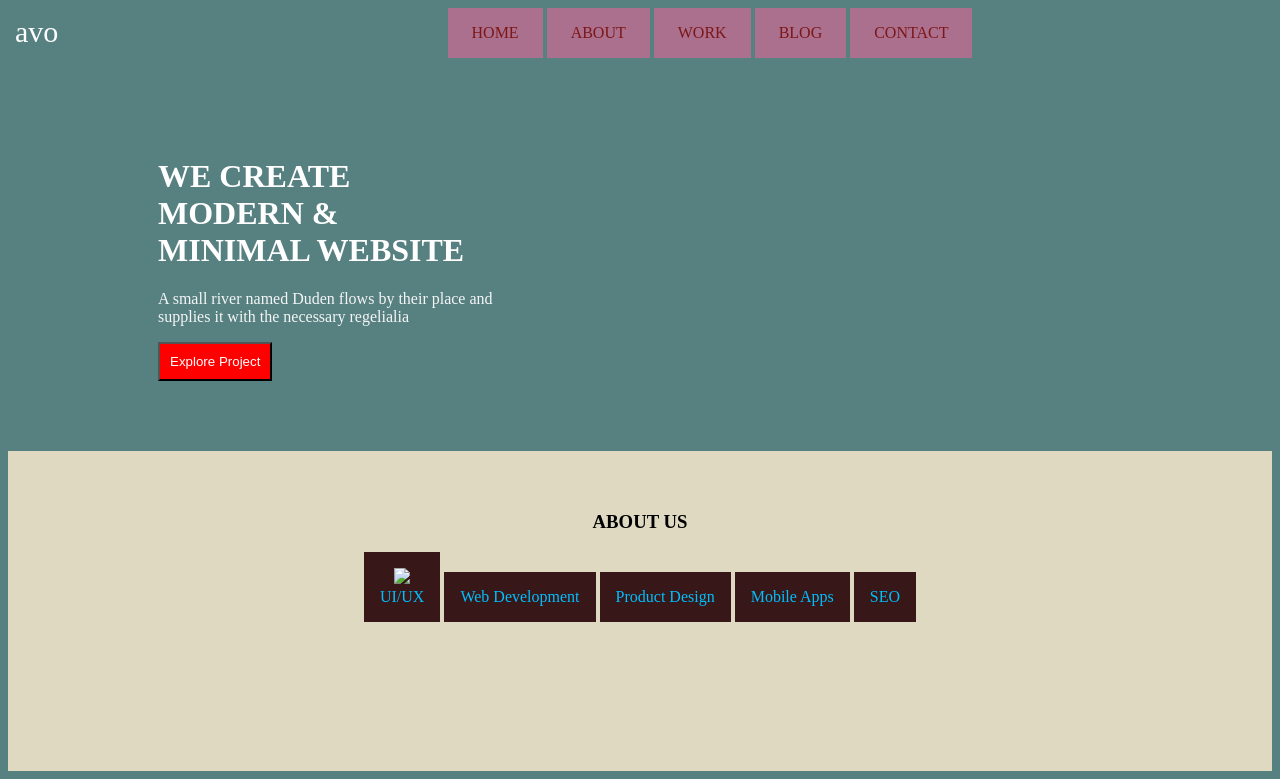
Repository: Tobby004/AVO-Template
Page: avo.html
These files come from the project's save history. The page is drawn as it stood at one moment and after the next save; the edit follows.
The browser window is 1280 px wide. The pictures show the whole page.

Above is the page before, as saved 2023-05-17 09:33:17.
Not found: IMG_0287.jpg

After the next save:
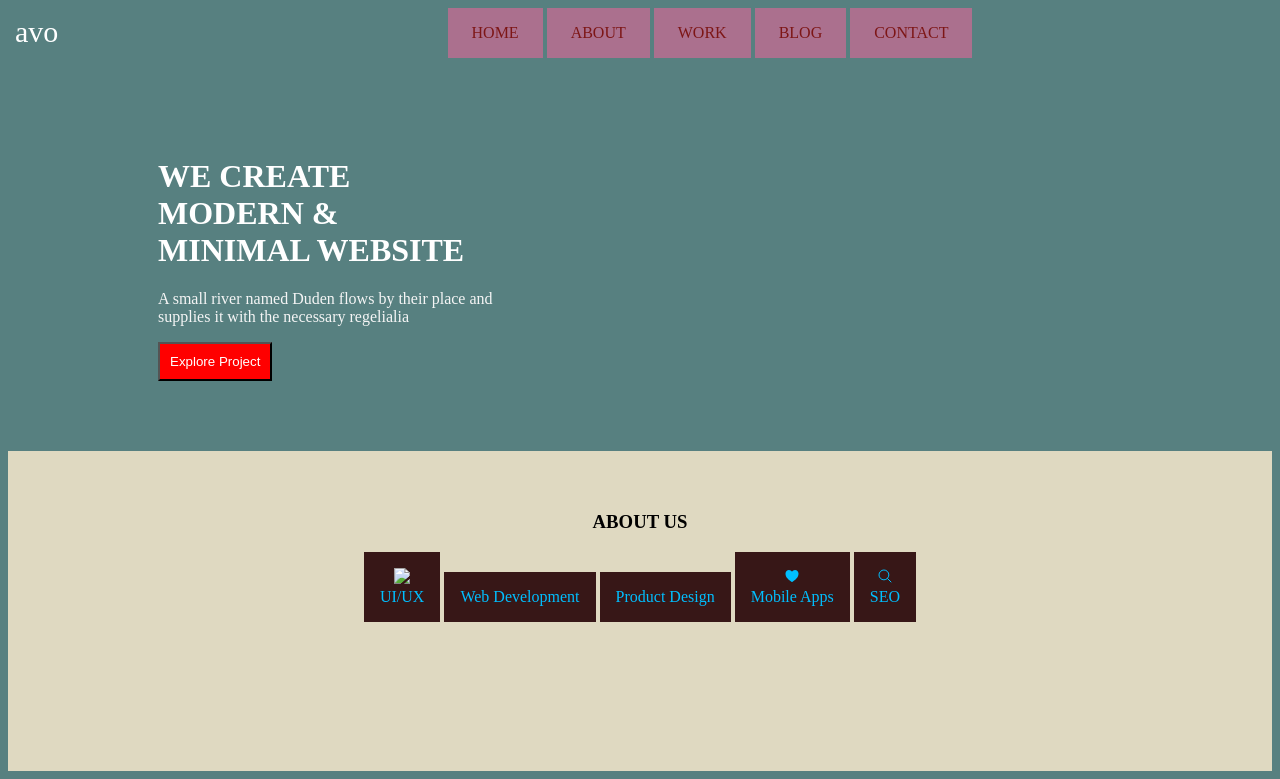
Saved 29 min 59 s later.
--- a/avo.html
+++ b/avo.html
@@ -28,8 +28,15 @@
         <div> <img src="IMG_0287.jpg" height="20px"><br>UI/UX</div>
         <div>Web Development</div>
         <div>Product Design</div>
-        <div>Mobile Apps</div>
-        <div>SEO</div>
+        <div>
+            <ion-icon name="heart"></ion-icon><br>
+            Mobile Apps
+        </div>
+        <div>
+            <ion-icon name="search-outline"></ion-icon> <br>
+            SEO</div>
     </section>
 </body>
+<script nomodule src="https://unpkg.com/ionicons@7.1.0/dist/ionicons/ionicons.js"></script>
+<script type="module" src="https://unpkg.com/ionicons@7.1.0/dist/ionicons/ionicons.esm.js"></script>
 </html>
